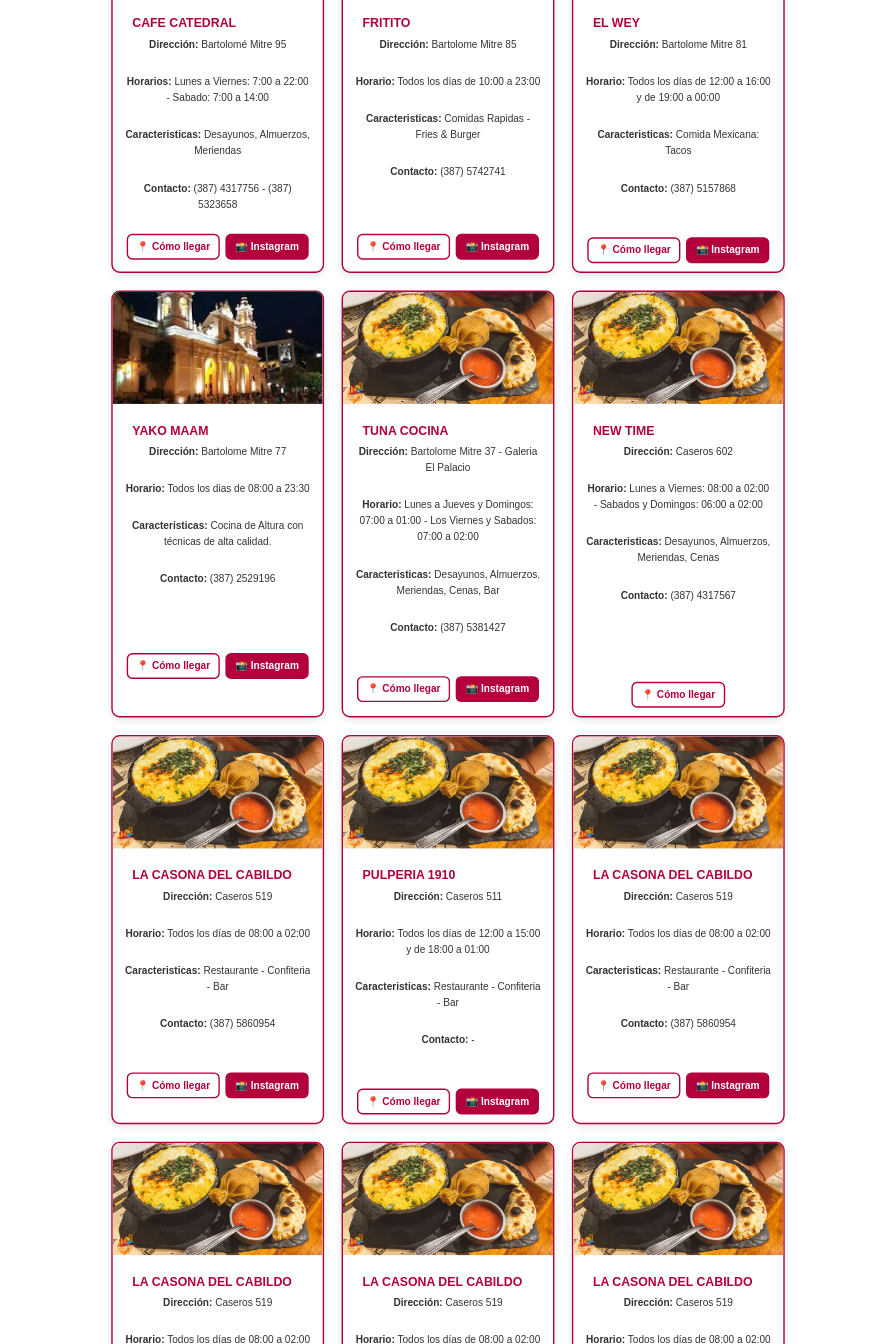
Repository: nahir95/come-en-salta
Page: restaurantes.html
The author's editor kept a copy of each file at every save. The page is drawn from the files as they stood at one save, then again after the next save.
The browser window is 1280 px wide. The pictures show the part of the page from y = 720 to 2640 px (the page is 6195 px tall), at 70% of full size.

Above is the page before, as saved 2025-11-12 02:33:45.

### restaurantes.html
<!doctype html>
<html lang="es">
<head>
  <meta charset="utf-8" />
  <meta name="viewport" content="width=device-width, initial-scale=1" />
  <title>Restaurantes - Comé en Salta</title>
  <link rel="stylesheet" href="style.css">
</head>

<body>
  <header>
    <h1>Comé en Salta</h1>
    <nav>
      <a href="index.html">Inicio</a>
      <a href="restaurantes.html">Restaurantes</a>
      <a href="penas.html">Peñas</a>
      <a href="#contacto">Contacto</a>
    </nav>
  </header>

  <main class="restaurantes">
    <section class="intro">
      <h2>Los mejores lugares para disfrutar en Salta</h2>
      <p>Explorá los sabores salteños en cada rincón de la ciudad. Desde el corazón histórico hasta los paseos más modernos, la gastronomía local te invita a vivir experiencias únicas.</p>
    </section>

    <!-- PLAZA 9 DE JULIO -->
<section id="plaza9" class="zona">
  <h2>🍽️ Plaza 9 de Julio</h2>
  <p>El corazón histórico de Salta ofrece restaurantes con encanto colonial, ideales para disfrutar de la gastronomía local frente a la plaza principal.</p>

  <div class="zona-grid">

    <!-- Restaurante 1 -->
    <article class="card restaurante">
      <img src="imagenes/cafe-catedral.jpeg" alt="El Solar del Convento">
      <div class="card-content">
        <h3>CAFE CATEDRAL</h3>
        <p><strong>Dirección:</strong> Bartolomé Mitre 95</p>
        <p><strong>Horarios:</strong> Lunes a Viernes: 7:00 a 22:00 - Sabado: 7:00 a 14:00</p>
        <p><strong>Caracteristicas:</strong> Desayunos, Almuerzos, Meriendas</p>
        <p><strong>Contacto:</strong> (387) 4317756 - (387) 5323658</p>
        <div class="btns-resto">
          <a href="https://maps.app.goo.gl/VMKrjFsvunXBDcr2A" target="_blank" class="btn">📍 Cómo llegar</a>
          <a href="https://www.instagram.com/cafecatedral_?igsh=MnE1amYwa3dqeDF6" target="_blank" class="btn btn-secundario">📸 Instagram</a>
        </div>
      </div>
    </article>

    <!-- Restaurante 2 -->
    <article class="card restaurante">
      <img src="https://images.unsplash.com/photo-1565299624946-b28f40a0ae38?w=800" alt="Fritito">
      <div class="card-content">
        <h3>FRITITO</h3>
        <p><strong>Dirección:</strong> Bartolome Mitre 85</p>
        <p><strong>Horario:</strong> Todos los días de 10:00 a 23:00</p>
        <p><strong>Caracteristicas:</strong> Comidas Rapidas - Fries & Burger</p>
        <p><strong>Contacto:</strong> (387) 5742741</p> <br> <br>
        <div class="btns-resto">
          <a href="https://maps.app.goo.gl/fA5zTu5r4aBTFWrC6?g_st=aw" target="_blank" class="btn">📍 Cómo llegar</a>
          <a href="https://www.instagram.com/fritito.salta?igsh=MXFieXNvZHdlZHZzZg==" target="_blank" class="btn btn-secundario">📸 Instagram</a>
        </div>
      </div>
    </article>

    <!-- Restaurante 3 -->
     <article class="card restaurante">
      <img src="imagenes/carrusel-1.jpg" alt="El Wey">
      <div class="card-content">
        <h3>EL WEY</h3>
        <p><strong>Dirección:</strong> Bartolome Mitre 81</p>
        <p><strong>Horario:</strong> Todos los días de 12:00 a 16:00 y de 19:00 a 00:00</p>
        <p><strong>Caracteristicas:</strong> Comida Mexicana: Tacos</p>
        <p><strong>Contacto:</strong> (387) 5157868</p> <br>
        <div class="btns-resto">
          <a href="https://maps.app.goo.gl/HWUzTfTShyvQshCx5?g_st=aw" target="_blank" class="btn">📍 Cómo llegar</a>
          <a href="https://www.instagram.com/el_wey_tacos?igsh=Mzk2ZTZzdmM3N3g5" target="_blank" class="btn btn-secundario">📸 Instagram</a>
        </div>
      </div>
     </article>

     <!-- Restaurante 4 -->
      <article class="card restaurante">
        <img src="imagenes/cafe-catedral.jpeg" alt="Yako">
        <div class="card-content">
          <h3>YAKO MAAM</h3>
          <P><strong>Dirección:</strong> Bartolome Mitre 77</P>
          <p><strong>Horario:</strong> Todos los dias de 08:00 a 23:30</p>
          <p><strong>Caracteristicas:</strong> Cocina de Altura con técnicas de alta calidad.</p>
          <p><strong>Contacto:</strong> (387) 2529196</p> <br> <br> <br>
           <div class="btns-resto">
          <a href="https://maps.app.goo.gl/gud9KhsUfRgktwaAA?g_st=aw" target="_blank" class="btn">📍 Cómo llegar</a>
          <a href="https://www.instagram.com/yako.maam?igsh=ZW82NnRrNmltaHpj" target="_blank" class="btn btn-secundario">📸 Instagram</a>
        </div>
        </div>
      </article>

       <!-- Restaurante 5 -->
     <article class="card restaurante">
      <img src="imagenes/carrusel-1.jpg" alt="Tuna Cocina">
      <div class="card-content">
        <h3>TUNA COCINA</h3>
        <p><strong>Dirección:</strong> Bartolome Mitre 37 - Galeria El Palacio</p>
        <p><strong>Horario:</strong> Lunes a Jueves y Domingos: 07:00 a 01:00 - Los Viernes y Sabados: 07:00 a 02:00</p>
        <p><strong>Caracteristicas:</strong> Desayunos, Almuerzos. Meriendas, Cenas, Bar</p>
        <p><strong>Contacto:</strong> (387) 5381427</p> <br>
        <div class="btns-resto">
          <a href="https://maps.app.goo.gl/PCjznmCm7fmgmqhf8?g_st=aw" target="_blank" class="btn">📍 Cómo llegar</a>
          <a href="https://www.instagram.com/tunacocina?igsh=bWRpaGdxN2wyMXRj" target="_blank" class="btn btn-secundario">📸 Instagram</a>
        </div>
      </div>
     </article>

      <!-- Restaurante 6 -->
     <article class="card restaurante">
      <img src="imagenes/carrusel-1.jpg" alt="New Time">
      <div class="card-content">
        <h3>NEW TIME</h3>
        <p><strong>Dirección:</strong> Caseros 602</p>
        <p><strong>Horario:</strong> Lunes a Viernes: 08:00 a 02:00 - Sabados y Domingos: 06:00 a 02:00</p>
        <p><strong>Caracteristicas:</strong> Desayunos, Almuerzos, Meriendas, Cenas</p>
        <p><strong>Contacto:</strong> (387) 4317567</p> <br> <br> <br> <br>
        <div class="btns-resto">
          <a href="https://maps.app.goo.gl/SDz5q4yyxKZGqRi97?g_st=aw" target="_blank" class="btn">📍 Cómo llegar</a>
        </div>
      </div>
     </article>

      <!-- Restaurante 7 -->
     <article class="card restaurante">
      <img src="imagenes/carrusel-1.jpg" alt="La Casona del Cabildo">
      <div class="card-content">
        <h3>LA CASONA DEL CABILDO</h3>
        <p><strong>Dirección:</strong> Caseros 519</p>
        <p><strong>Horario:</strong> Todos los días de 08:00 a 02:00</p>
        <p><strong>Caracteristicas:</strong> Restaurante - Confiteria - Bar</p>
        <p><strong>Contacto:</strong> (387) 5860954</p> <br>
        <div class="btns-resto">
          <a href="https://maps.app.goo.gl/SqyFGXWdCELtACJa8?g_st=aw" target="_blank" class="btn">📍 Cómo llegar</a>
          <a href="https://www.instagram.com/lacasonadelcabildo?igsh=MThnNnZqaWN6cmZneg==" target="_blank" class="btn btn-secundario">📸 Instagram</a>
        </div>
      </div>
     </article>

      <!-- Restaurante 8 -->
     <article class="card restaurante">
      <img src="imagenes/carrusel-1.jpg" alt="Pulperia 1910">
      <div class="card-content">
        <h3>PULPERIA 1910</h3>
        <p><strong>Dirección:</strong> Caseros 511</p>
        <p><strong>Horario:</strong> Todos los días de 12:00 a 15:00 y de 18:00 a 01:00</p>
        <p><strong>Caracteristicas:</strong> Restaurante - Confiteria - Bar</p>
        <p><strong>Contacto:</strong> - </p> <br>
        <div class="btns-resto">
          <a href="https://maps.app.goo.gl/pwbjSTetp75Qohrx8?g_st=aw" target="_blank" class="btn">📍 Cómo llegar</a>
          <a href="https://www.instagram.com/pulperia.1910?igsh=dnhlMGJxeWgxdmh1" target="_blank" class="btn btn-secundario">📸 Instagram</a>
        </div>
      </div>
     </article>

      <!-- Restaurante 9 -->
     <article class="card restaurante">
      <img src="imagenes/carrusel-1.jpg" alt="La Casona del Cabildo">
      <div class="card-content">
        <h3>LA CASONA DEL CABILDO</h3>
        <p><strong>Dirección:</strong> Caseros 519</p>
        <p><strong>Horario:</strong> Todos los días de 08:00 a 02:00</p>
        <p><strong>Caracteristicas:</strong> Restaurante - Confiteria - Bar</p>
        <p><strong>Contacto:</strong> (387) 5860954</p> <br>
        <div class="btns-resto">
          <a href="https://maps.app.goo.gl/SqyFGXWdCELtACJa8?g_st=aw" target="_blank" class="btn">📍 Cómo llegar</a>
          <a href="https://www.instagram.com/lacasonadelcabildo?igsh=MThnNnZqaWN6cmZneg==" target="_blank" class="btn btn-secundario">📸 Instagram</a>
        </div>
      </div>
     </article>

      <!-- Restaurante 10 -->
     <article class="card restaurante">
      <img src="imagenes/carrusel-1.jpg" alt="La Casona del Cabildo">
      <div class="card-content">
        <h3>LA CASONA DEL CABILDO</h3>
        <p><strong>Dirección:</strong> Caseros 519</p>
        <p><strong>Horario:</strong> Todos los días de 08:00 a 02:00</p>
        <p><strong>Caracteristicas:</strong> Restaurante - Confiteria - Bar</p>
        <p><strong>Contacto:</strong> (387) 5860954</p> <br>
        <div class="btns-resto">
          <a href="https://maps.app.goo.gl/SqyFGXWdCELtACJa8?g_st=aw" target="_blank" class="btn">📍 Cómo llegar</a>
          <a href="https://www.instagram.com/lacasonadelcabildo?igsh=MThnNnZqaWN6cmZneg==" target="_blank" class="btn btn-secundario">📸 Instagram</a>
        </div>
      </div>
     </article>

      <!-- Restaurante 11 -->
     <article class="card restaurante">
      <img src="imagenes/carrusel-1.jpg" alt="La Casona del Cabildo">
      <div class="card-content">
        <h3>LA CASONA DEL CABILDO</h3>
        <p><strong>Dirección:</strong> Caseros 519</p>
        <p><strong>Horario:</strong> Todos los días de 08:00 a 02:00</p>
        <p><strong>Caracteristicas:</strong> Restaurante - Confiteria - Bar</p>
        <p><strong>Contacto:</strong> (387) 5860954</p> <br>
        <div class="btns-resto">
          <a href="https://maps.app.goo.gl/SqyFGXWdCELtACJa8?g_st=aw" target="_blank" class="btn">📍 Cómo llegar</a>
          <a href="https://www.instagram.com/lacasonadelcabildo?igsh=MThnNnZqaWN6cmZneg==" target="_blank" class="btn btn-secundario">📸 Instagram</a>
        </div>
      </div>
     </article>

      <!-- Restaurante 12 -->
     <article class="card restaurante">
      <img src="imagenes/carrusel-1.jpg" alt="La Casona del Cabildo">
      <div class="card-content">
        <h3>LA CASONA DEL CABILDO</h3>
        <p><strong>Dirección:</strong> Caseros 519</p>
        <p><strong>Horario:</strong> Todos los días de 08:00 a 02:00</p>
        <p><strong>Caracteristicas:</strong> Restaurante - Confiteria - Bar</p>
        <p><strong>Contacto:</strong> (387) 5860954</p> <br>
        <div class="btns-resto">
          <a href="https://maps.app.goo.gl/SqyFGXWdCELtACJa8?g_st=aw" target="_blank" class="btn">📍 Cómo llegar</a>
          <a href="https://www.instagram.com/lacasonadelcabildo?igsh=MThnNnZqaWN6cmZneg==" target="_blank" class="btn btn-secundario">📸 Instagram</a>
        </div>
      </div>
     </article>




  </div>
</section>


    <!-- PASEO BALCARCE -->
    <section id="balcarce" class="zona">
      <h2>🎶 Paseo Balcarce</h2>
      <p>Uno de los lugares más animados de la ciudad. Aquí se mezclan la comida regional, la música y la vida nocturna salteña. Peñas, bares y restaurantes llenan de energía cada noche.</p>

      <div class="zona-grid">
        <article class="card">
          <img src="https://images.unsplash.com/photo-1528605248644-14dd04022da1?w=800" alt="Paseo Balcarce Salta">
          <h3>La Vieja Estación</h3>
          <p>Tradicional peña y restaurante con show en vivo. Ideal para probar empanadas y locro.</p>
        </article>
        <article class="card">
          <img src="https://images.unsplash.com/photo-1600891964599-f61ba0e24092?w=800" alt="Restaurante moderno en Balcarce">
          <h3>La Monumental</h3>
          <p>Restaurante moderno con opciones gourmet y coctelería de autor.</p>
        </article>
      </div>
    </section>

    <!-- PASEO GÜEMES -->
    <section id="guemes" class="zona">
      <h2>🍷 Paseo Güemes</h2>
      <p>La zona joven y moderna de Salta. Ideal para quienes buscan cocina contemporánea, bares y terrazas con estilo. Un punto de encuentro entre turistas y locales.</p>

      <div class="zona-grid">
        <article class="card">
          <img src="https://images.unsplash.com/photo-1615719413546-198b25453f85?w=800" alt="Paseo Güemes">
          <h3>El Charrúa</h3>
          <p>Especialidad en carnes a la parrilla y vinos de altura. Un clásico salteño imperdible.</p>
        </article>
        <article class="card">
          <img src="https://images.unsplash.com/photo-1551218808-94e220e084d2?w=800" alt="Café moderno">
          <h3>Baco Resto Bar</h3>
          <p>Ambiente moderno y excelente coctelería, ideal para compartir entre amigos.</p>
        </article>
      </div>
    </section>

    <!-- CADENAS DE COMIDAS RÁPIDAS -->
    <section id="rapidas" class="zona">
      <h2>🍔 Cadenas de Comidas Rápidas</h2>
      <p>También hay opciones para quienes buscan algo rápido y conocido. Las principales cadenas se encuentran cerca del centro y los shoppings.</p>

      <ul class="lista-rapidas">
        <li>McDonald’s – Shopping Alto NOA</li>
        <li>Burger King – Caseros 500</li>
        <li>Mostaza – Paseo Güemes</li>
        <li>Subway – Balcarce 50</li>
      </ul>
    </section>

    <!-- EXTRA: RESTAURANTES DESTACADOS -->
    <section id="destacados" class="zona">
      <h2>⭐ Recomendados por los turistas</h2>
      <p>Según visitantes y locales, estos son algunos de los restaurantes imperdibles para vivir la experiencia completa de la gastronomía salteña.</p>
      <div class="zona-grid">
        <article class="card">
          <img src="https://images.unsplash.com/photo-1504674900247-0877df9cc836?w=800" alt="Empanadas salteñas">
          <h3>Doña Salta</h3>
          <p>Empanadas caseras, locro y guisos típicos en un ambiente colonial.</p>
        </article>
        <article class="card">
          <img src="https://images.unsplash.com/photo-1601924582971-c8b28a3a13f1?w=800" alt="Locro salteño">
          <h3>El Patio de la Empanada</h3>
          <p>Conocido por su sabor auténtico y precios populares. Ideal para turistas.</p>
        </article>
      </div>
    </section>
  </main>

  <footer>
    Creado con ❤️ por Comé en Salta · 2025
  </footer>
</body>
</html>

### style.css
/* ==========================
   ESTILOS GENERALES
========================== */
body {
  margin: 0;
  font-family: 'Poppins', sans-serif;
  background-color: #fff;
  color: #000;
}

/* ==========================
   HEADER
========================== */
header {
  display: flex;
  justify-content: space-between;
  align-items: center;
  background-color: #fff;
  padding: 15px 30px;
  border-bottom: 3px solid #b3003c;
}

header h1 {
  color: #b3003c;
  font-size: 1.6rem;
}

nav {
  display: flex;
  gap: 25px;
}

nav a {
  text-decoration: none;
  color: #000;
  font-weight: 600;
  transition: color 0.3s ease;
}

nav a:hover {
  color: #b3003c;
}

/* ==========================
   CARRUSEL (HERO)
========================== */
.hero {
  position: relative;
  width: 100%;
  overflow: hidden;
}

.carousel-container {
  position: relative;
  width: 100%;
  height: 80vh;
}

.carousel {
  display: flex;
  width: 300%;
  transition: transform 0.8s ease-in-out;
}

.carousel img {
  width: 100%;
  height: 80vh;
  object-fit: cover;
  filter: brightness(0.7);
}

/* Botones del carrusel */
.btn-carrusel {
  position: absolute;
  top: 50%;
  transform: translateY(-50%);
  background-color: rgba(179, 0, 60, 0.8);
  color: white;
  border: none;
  font-size: 2rem;
  padding: 10px 15px;
  cursor: pointer;
  border-radius: 50%;
  transition: background 0.3s ease;
}

.btn-carrusel:hover {
  background-color: #b3003c;
}

#prev { left: 20px; }
#next { right: 20px; }

/* Texto sobre el carrusel */
.overlay {
  position: absolute;
  top: 50%;
  left: 50%;
  transform: translate(-50%, -50%);
  color: white;
  text-align: center;
  text-shadow: 0 2px 5px rgba(0,0,0,0.7);
}

.overlay h2 {
  font-size: 2rem;
  color: #fff;
  margin-bottom: 10px;
}

.overlay p {
  font-size: 1.2rem;
}

/* ==========================
   SECCIÓN INICIO
========================== */
.inicio {
  text-align: center;
  padding: 80px 20px;
  background-color: #fff;
}

.inicio h2 {
  color: #b3003c;
  font-size: 2rem;
  margin-bottom: 15px;
}

.inicio p {
  max-width: 800px;
  margin: 0 auto 30px auto;
  color: #333;
  line-height: 1.6;
}

/* BOTONES PRINCIPALES */
.inicio-buttons .btn {
  display: inline-block;
  margin: 10px;
  padding: 12px 24px;
  border: 2px solid #b3003c;
  border-radius: 8px;
  color: #b3003c;
  background: transparent;
  text-decoration: none;
  font-weight: 600;
  transition: all 0.3s ease;
}

.inicio-buttons .btn:hover {
  background: #b3003c;
  color: white;
}
/* ==========================
   SECCIÓN "POR QUÉ COMER EN SALTA"
========================== */
.porque {
  text-align: center;
  padding: 60px 20px;
  background-color: #f7f7f7;
  border-top: 2px solid #b3003c;
  border-bottom: 2px solid #b3003c;
}

.porque h2 {
  color: #b3003c;
  margin-bottom: 15px;
}

.porque p {
  max-width: 800px;
  margin: auto;
  font-size: 1.1rem;
  color: #333;
  line-height: 1.6;
}

/* ==========================
   SABORES
========================== */
.sabores {
  padding: 60px 20px;
  background-color: #fff;
  text-align: center;
}

.sabores h2 {
  color: #b3003c;
  margin-bottom: 25px;
}

.sabores-grid {
  display: grid;
  grid-template-columns: repeat(auto-fit, minmax(220px, 1fr));
  gap: 25px;
}

.plato {
  background: #fff;
  border-radius: 12px;
  border: 2px solid #b3003c;
  overflow: hidden;
  transition: transform 0.3s ease, box-shadow 0.3s ease;
}

.plato:hover {
  transform: scale(1.05);
  box-shadow: 0 4px 12px rgba(0,0,0,0.15);
}

.plato img {
  width: 100%;
  height: 160px;
  object-fit: cover;
}

.plato h3 {
  padding: 12px;
  color: #b3003c;
}

/* ==========================
   FRASE FINAL
========================== */
.frase {
  background: #b3003c;
  color: white;
  text-align: center;
  padding: 40px 10px;
  font-style: italic;
  font-size: 1.2rem;
}

/* ==========================
   FOOTER
========================== */
footer {
  background-color: #fff;
  color: #333;
  text-align: center;
  padding: 20px;
  border-top: 3px solid #b3003c;
  font-weight: 500;
}
.carousel-container {
  position: relative;
  overflow: hidden;
  width: 100%;
  height: 400px;
}

.carousel {
  display: flex;
  transition: transform 1s ease;
  width: 100%;
  height: 100%;
}

.carousel img {
  flex: 0 0 100%;
  width: 100%;
  height: 100%;
  object-fit: cover;
}
/* ==========================
   RESTAURANTES
========================== */
.restaurantes .intro {
  text-align: center;
  padding: 60px 20px;
}

.restaurantes .intro h2 {
  color: #b3003c;
  margin-bottom: 10px;
}

.restaurantes .zona {
  padding: 60px 20px;
  border-top: 2px solid #b3003c;
  background-color: #fff;
}

.restaurantes .zona h2 {
  color: #b3003c;
  margin-bottom: 10px;
  text-align: center;
}

.restaurantes .zona p {
  text-align: center;
  max-width: 800px;
  margin: 0 auto 30px auto;
  line-height: 1.6;
  color: #333;
}

.zona-grid {
  display: grid;
  grid-template-columns: repeat(auto-fit, minmax(250px, 1fr));
  gap: 25px;
}

.card {
  background: #fff;
  border: 2px solid #b3003c;
  border-radius: 10px;
  overflow: hidden;
  transition: transform 0.3s ease, box-shadow 0.3s ease;
}

.card:hover {
  transform: scale(1.05);
  box-shadow: 0 4px 12px rgba(0,0,0,0.15);
}

.card img {
  width: 100%;
  height: 180px;
  object-fit: cover;
}

.card h3 {
  margin: 12px;
  color: #b3003c;
}

.card p {
  margin: 0 12px 15px 12px;
  color: #333;
}

.lista-rapidas {
  max-width: 600px;
  margin: 0 auto;
  list-style: none;
  padding: 0;
  text-align: center;
}

.lista-rapidas li {
  background: #f8f8f8;
  border: 1px solid #b3003c;
  padding: 10px;
  border-radius: 6px;
  margin-bottom: 8px;
  color: #333;
  transition: background 0.3s;
}

.lista-rapidas li:hover {
  background: #b3003c;
  color: white;
}
/* === Contenedor general de las tarjetas === */
.zona-grid {
  display: flex;
  flex-wrap: wrap;
  justify-content: center; /* 🔹 centra todas las tarjetas */
  gap: 25px; /* espacio entre tarjetas */
  max-width: 1000px; /* 🔹 limita el ancho total del grid */
  margin: 0 auto; /* centra el bloque en la página */
  padding: 20px;
}

/* === Tarjetas de restaurantes === */
.restaurante {
  background: #fff;
  border: 2px solid #b3003c;
  border-radius: 12px;
  overflow: hidden;
  flex: 1 1 calc(33.333% - 40px); /* 🔹 3 por fila con espacio */
  max-width: 300px; /* evita que crezcan demasiado */
  box-shadow: 0 4px 10px rgba(0,0,0,0.1);
  transition: transform 0.3s ease, box-shadow 0.3s ease;
}

.restaurante:hover {
  transform: translateY(-5px);
  box-shadow: 0 6px 16px rgba(0,0,0,0.15);
}

.restaurante img {
  width: 100%;
  height: 160px;
  object-fit: cover;
}

.restaurante .card-content {
  padding: 12px 16px;
}

.restaurante h3 {
  color: #b3003c;
  font-size: 1.1rem;
  margin-bottom: 8px;
}

.restaurante p {
  color: #333;
  margin: 4px 0;
  font-size: 0.9rem;
}

/* === Botones === */
.btns-resto {
  display: flex;
  justify-content: center;
  gap: 8px;
  margin-top: 10px;
  flex-wrap: wrap;
}

.btns-resto .btn {
  display: inline-block;
  text-align: center;
  padding: 8px 12px;
  border: 2px solid #b3003c;
  border-radius: 8px;
  text-decoration: none;
  color: #b3003c;
  font-weight: 600;
  transition: all 0.3s ease;
  font-size: 0.9rem;
}

.btns-resto .btn:hover {
  background: #b3003c;
  color: #fff;
}

.btns-resto .btn-secundario {
  background: #b3003c;
  color: #fff;
}

.btns-resto .btn-secundario:hover {
  background: transparent;
  color: #b3003c;
}

After the next save:
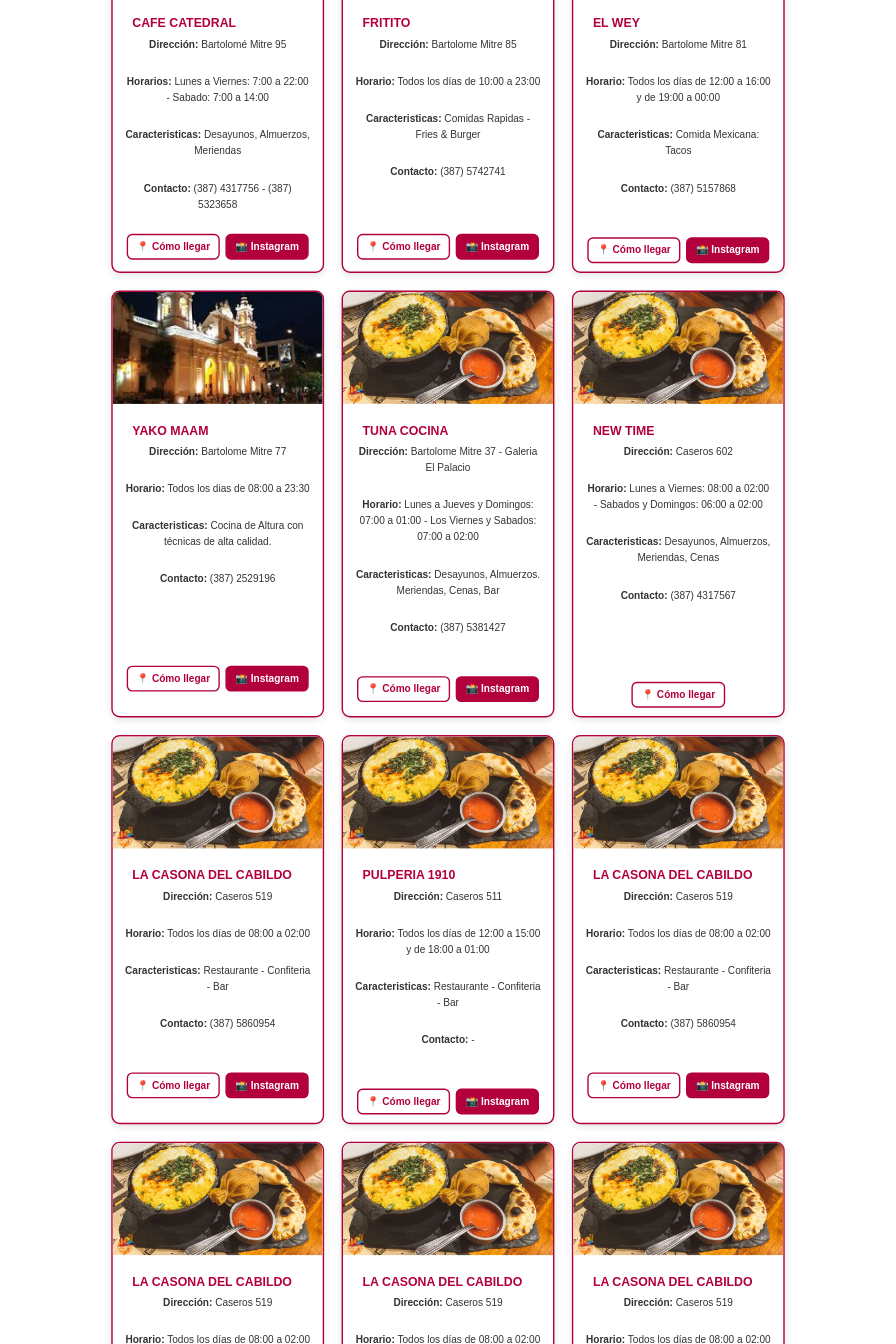
Saved 18 s later.
--- a/restaurantes.html
+++ b/restaurantes.html
@@ -87,7 +87,7 @@
           <P><strong>Dirección:</strong> Bartolome Mitre 77</P>
           <p><strong>Horario:</strong> Todos los dias de 08:00 a 23:30</p>
           <p><strong>Caracteristicas:</strong> Cocina de Altura con técnicas de alta calidad.</p>
-          <p><strong>Contacto:</strong> (387) 2529196</p> <br> <br> <br>
+          <p><strong>Contacto:</strong> (387) 2529196</p> <br> <br> <br> <br>
            <div class="btns-resto">
           <a href="https://maps.app.goo.gl/gud9KhsUfRgktwaAA?g_st=aw" target="_blank" class="btn">📍 Cómo llegar</a>
           <a href="https://www.instagram.com/yako.maam?igsh=ZW82NnRrNmltaHpj" target="_blank" class="btn btn-secundario">📸 Instagram</a>
